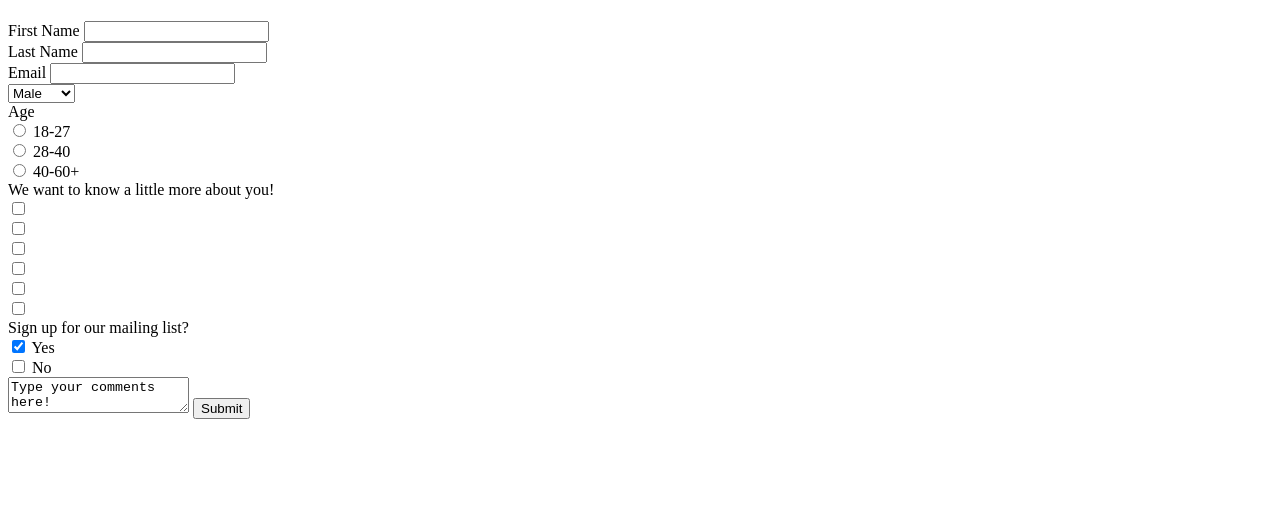
Repository: sunkim96/cosw30
Page: homework/homework2/contact.html
The author's editor kept a record of every edit. The page is drawn from the files as they stood at one moment, then again after the next edit.
The browser window is 1280 px wide. The pictures show the whole page.

Above is the page before.

After the next edit:
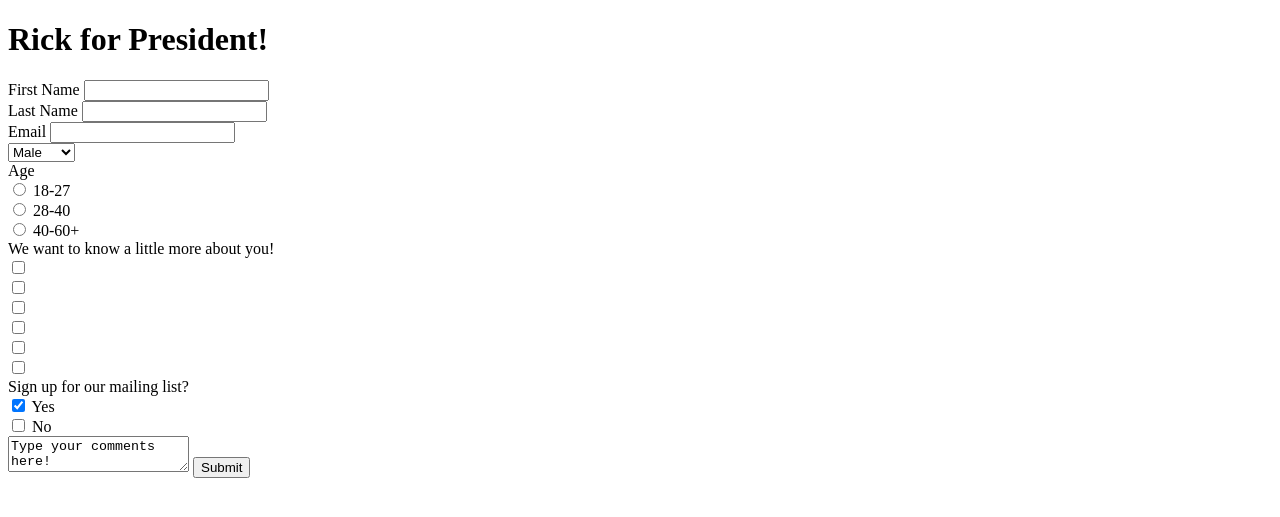
The edit:
--- a/homework/homework2/contact.html
+++ b/homework/homework2/contact.html
@@ -5,7 +5,7 @@
         <title>Political Campaign</title>
     </head>
     <body>
-        <h1></h1>
+        <h1>Rick for President!</h1>
 
 
         <form action="process_contact.php" method="POST">
